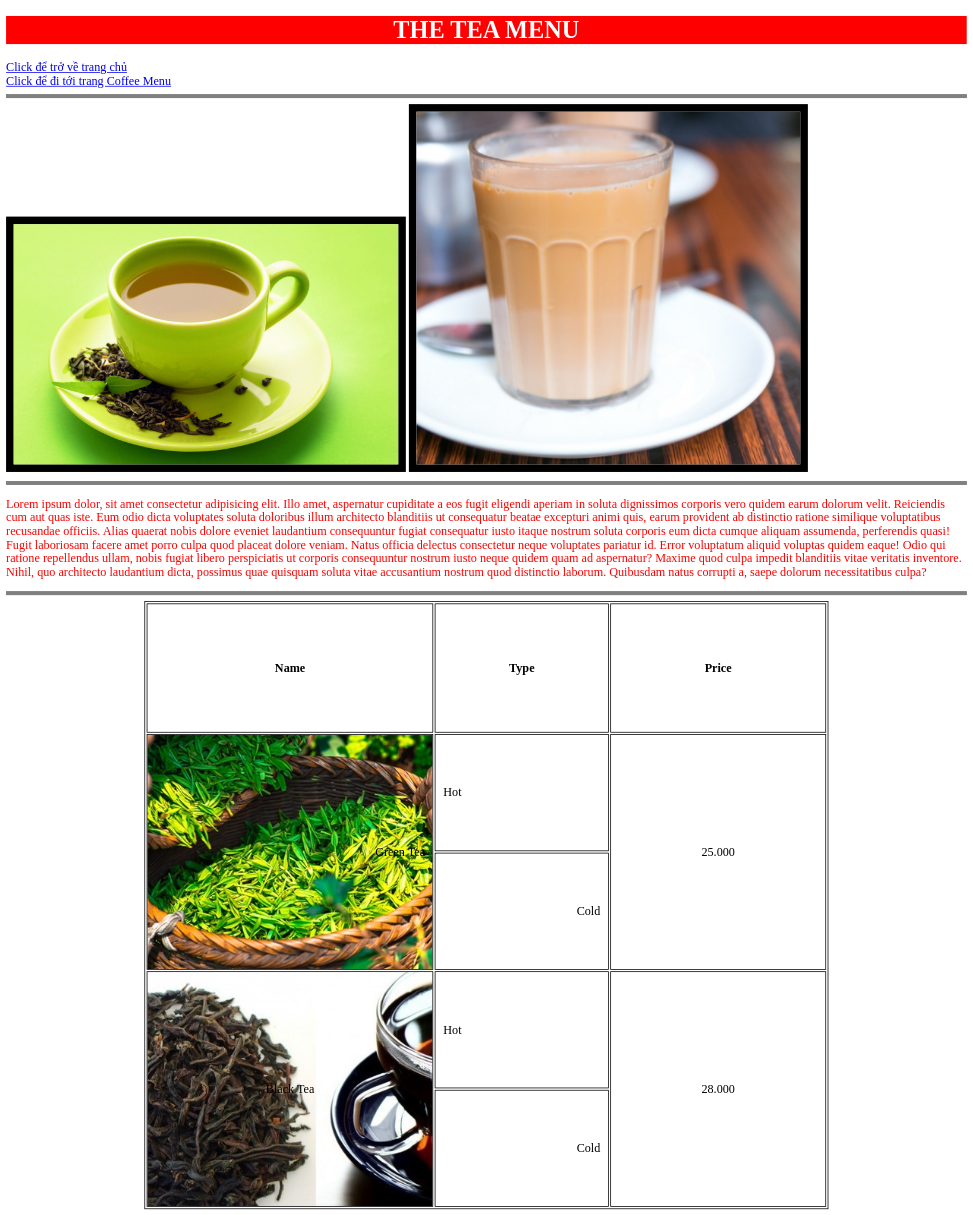
Repository: giahuy405/HomeWork_Coffee
Page: tea.html
An editor plug-in stored every save of this project. The page is shown before and after the next save, followed by the edit.
The browser window is 1280 px wide. The pictures show the whole page, at 76% of full size.

Above is the page before, as saved 2022-09-07 11:44:22.

### tea.html
<!DOCTYPE html>
<html lang="en">
<head>
    <meta charset="UTF-8">
    <meta http-equiv="X-UA-Compatible" content="IE=edge">
    <meta name="viewport" content="width=device-width, initial-scale=1.0">
    <title>Document</title>
    <link rel="stylesheet" href="./css/tea.css">
</head>
<body>
    <header>
        <h1 style="text-align:center;color:white;background-color:red">THE TEA MENU</h1>
        <a href="#">Click để trở về trang chủ</a>
        <br>
        <a href="#">Click để đi tới trang Coffee Menu</a>
        <hr size="5px" noshade>
    </header>
    <div class="intro-img">
        <img style="width:40%;border: 10px solid black" src="./img/Green-Tea.jpg" alt="">
        <img style="width:40%;border: 10px solid black;" src="./img/milktea.png" alt="">
        <hr size="5px" noshade>
        <p style="color: red;">Lorem ipsum dolor, sit amet consectetur adipisicing elit. Illo amet, aspernatur cupiditate a eos fugit eligendi aperiam in soluta dignissimos corporis vero quidem earum dolorum velit. Reiciendis cum aut quas iste. Eum odio dicta voluptates soluta doloribus illum architecto blanditiis ut consequatur beatae excepturi animi quis, earum provident ab distinctio ratione similique voluptatibus recusandae officiis. Alias quaerat nobis dolore eveniet laudantium consequuntur fugiat consequatur iusto itaque nostrum soluta corporis eum dicta cumque aliquam assumenda, perferendis quasi! Fugit laboriosam facere amet porro culpa quod placeat dolore veniam. Natus officia delectus consectetur neque voluptates pariatur id. Error voluptatum aliquid voluptas quidem eaque! Odio qui ratione repellendus ullam, nobis fugiat libero perspiciatis ut corporis consequuntur nostrum iusto neque quidem quam ad aspernatur? Maxime quod culpa impedit blanditiis vitae veritatis inventore. Nihil, quo architecto laudantium dicta, possimus quae quisquam soluta vitae accusantium nostrum quod distinctio laborum. Quibusdam natus corrupti a, saepe dolorum necessitatibus culpa?</p>
        <hr size="5px" noshade>
    </div>
    <table>
        <tr>
            <th colspan="2">Name</th>
            <th>Type</th>
            <th>Price</th>
        </tr>
        <tr>
            <td colspan="2" rowspan="2" style="background-image: url(./img/greentea.jpg);text-align: right;">Green Tea</td>
            <td>Hot</td>
            <td rowspan="2" style="text-align: center;">25.000</td>
        </tr>
        <tr>
            <td style="text-align: right;">Cold</td>
        </tr>
        <tr>
            <td colspan="2" rowspan="2" style="text-align:center;background-image: url(./img/blacktea.jpg);">Black Tea</td>
            <td>Hot</td>
            <td rowspan="2" style="text-align: center;">28.000</td>
        </tr>
        <tr>
            <td style="text-align: right;">Cold</td>
        </tr>

    </table>
</body>
</html>

### css/tea.css
table,th,td{
    border: 1px solid black;
    border-collapse: separate;

}
table{
    width: 900px;
    height: 800px;
    margin: 0 auto;
}
table td{
    padding: 0 10px;

}

After the next save:
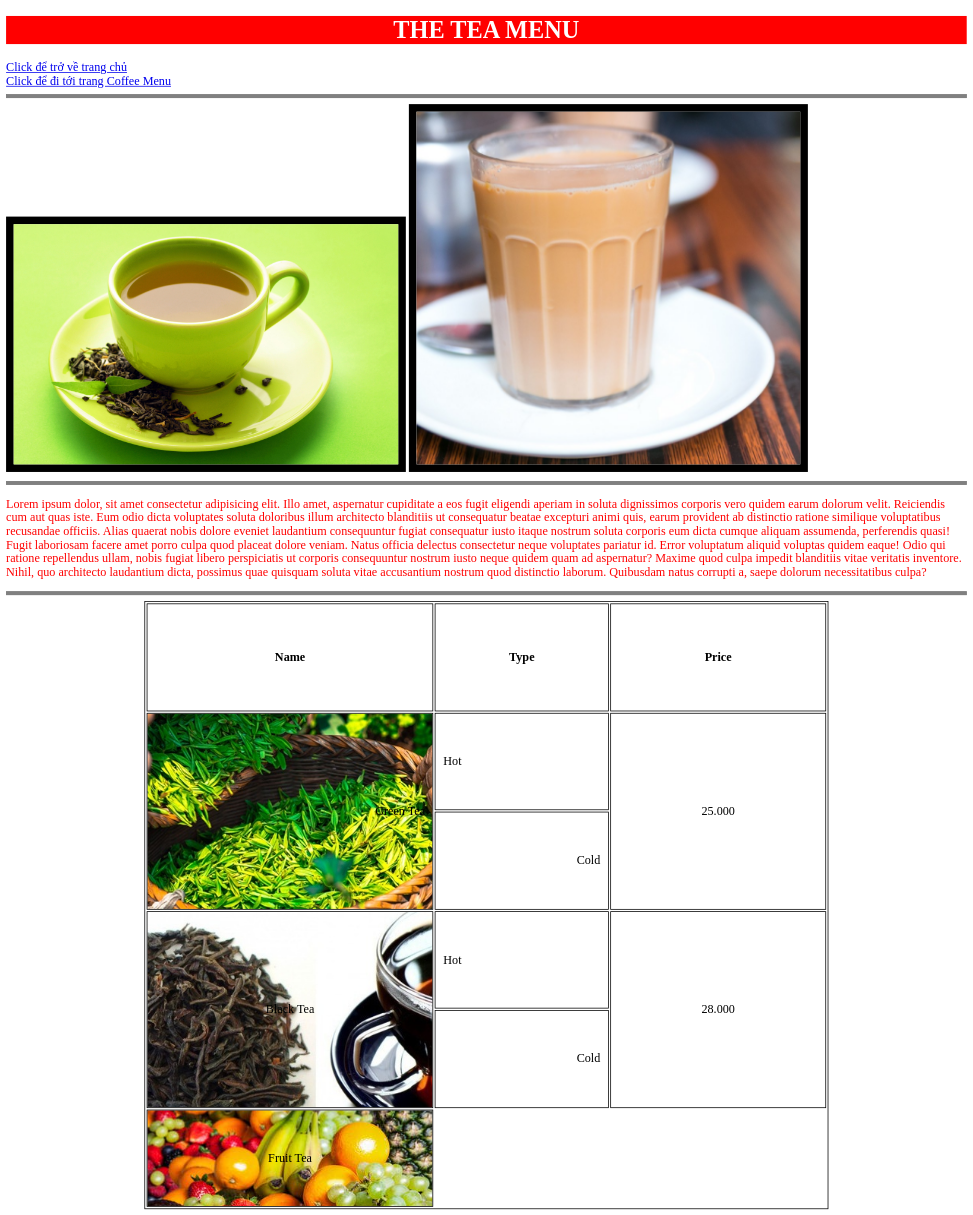
Saved 100 s later.
--- a/tea.html
+++ b/tea.html
@@ -44,6 +44,9 @@
         <tr>
             <td style="text-align: right;">Cold</td>
         </tr>
+        <tr>
+            <td style="text-align: center;background-image: url(./img/fruit.jpg);">Fruit Tea</td>
+        </tr>
 
     </table>
 </body>
